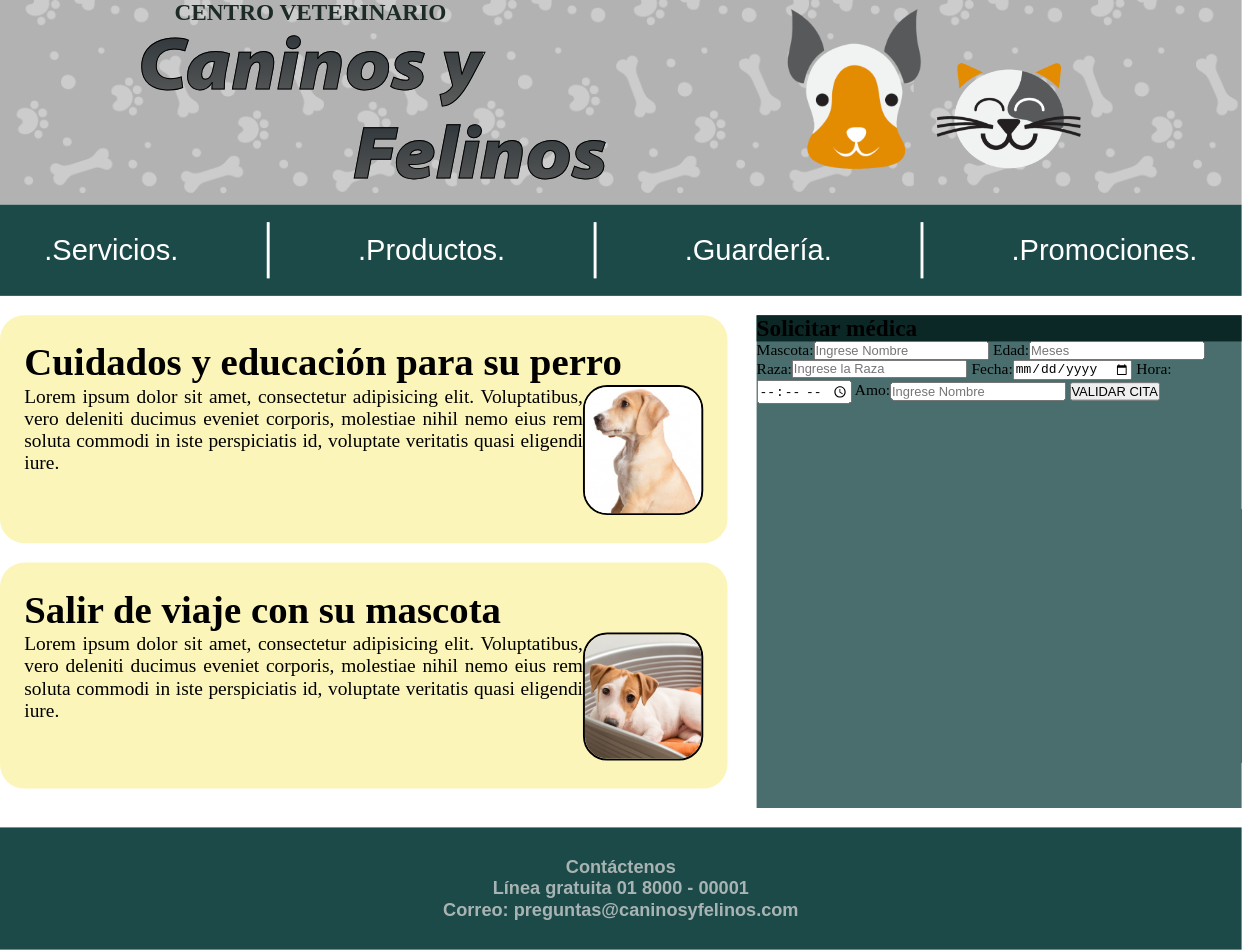
Repository: mariomr87/senaweb01
Page: principal.html
The author's editor kept a copy of each file at every save. The page is drawn from the files as they stood at one save, then again after the next save.
The browser window is 1280 px wide. The pictures show the whole page, at 97% of full size.

Above is the page before, as saved 2021-10-23 10:37:28.

### principal.html
<!DOCTYPE html>
<html lang="en">
<head>
    <meta charset="UTF-8">
    <meta http-equiv="X-UA-Compatible" content="IE=edge">
    <meta name="viewport" content="width=device-width, initial-scale=1.0">
    <link rel="stylesheet" href="estilos.css">
    <title>Document</title>
</head>
<body>
    <div>
        <header>
            <div id="cabecera">
                <div class="header-text">
                    <h3>CENTRO VETERINARIO</h3>
                    <h1><span id="header-text-degrad">Caninos y <br><span id="text-felinos">Felinos</span></spa></h1>
                </div>
                <div class="header-img">
                    <img src="./imagenes/dog_white.png" alt="">
                    <img src="./imagenes/cat_white.png" alt="">
                </div>
            </div>
        </header>
        <nav>
            <td>
                <tr><a href="">.Servicios.</a><span class="linea"></span></tr>
                <tr><a href="">.Productos.</a><span class="linea"></span></tr>
                <tr><a href="">.Guardería.</a><span class="linea"></span></tr>
                <tr><a href="">.Promociones.</a></tr>
            </td>
        </nav>
        <div class="centro-pag">
            <section>
                <article>
                    <h2>Cuidados y educación para su perro</h2>
                    <div class="centropag-texto">
                        <p>Lorem ipsum dolor sit amet, consectetur adipisicing elit. Voluptatibus, vero deleniti ducimus eveniet corporis, molestiae nihil nemo eius rem soluta commodi in iste perspiciatis id, voluptate veritatis quasi eligendi iure.</p>
                        <div><img src="./imagenes/perro1.png" alt=""></div>
                    </div>
                </article>
                <article>
                    <h2>Salir de viaje con su mascota</h2>
                    <div class="centropag-texto">
                        <p>Lorem ipsum dolor sit amet, consectetur adipisicing elit. Voluptatibus, vero deleniti ducimus eveniet corporis, molestiae nihil nemo eius rem soluta commodi in iste perspiciatis id, voluptate veritatis quasi eligendi iure.</p>
                        <div><img src="./imagenes/perro2.png" alt=""></div>
                    </div>
                </article>
            </section>
            <aside>
                <form action="">
                    <div><h2>Solicitar médica</h2></div>
                    <div class="cuestionario">
                        <label for="mascota_name">Mascota:</label><input type="text" placeholder="Ingrese Nombre" id="">
                        <label for="age_pet">Edad:</label><input type="number" name="" id="" placeholder="Meses">
                        <label for="raza_pet">Raza:</label><input type="text" name="" id="" placeholder="Ingrese la Raza">
                        <label for="fecha_ingreso_pet">Fecha:</label><input type="date" name="" id="">
                        <label for="hora_ingreso_pet">Hora:</label><input type="time" name="" id="">
                        <label for="amo_pet">Amo:</label><input type="text" name="" id="" placeholder="Ingrese Nombre">
                        <button type="submit">VALIDAR CITA</button>
                    </div>
                </form>
            </aside>
        </div>
        <footer>
            <h3>Contáctenos</h3>
            <h3>Línea gratuita 01 8000 - 00001</h3>
            <h3>Correo: preguntas@caninosyfelinos.com</h3>
        </footer>
    </div>
</body>
</html>

### estilos.css
*{
    margin: 0px;
    padding: 0px;
}

@font-face {
    font-family: Myriad_Pro ;
    src: url(./extra/MyriadProBlackSemiExtendedItalic.otf);
}

h1{
    font-family: Myriad_pro;
}

header div img{
    width: 10em;
}

#cabecera{
    background-image: url("./imagenes/fondo.png");
    background-repeat: initial;
    width: 100%;
    display: flex;
    text-align: center;
}

.header-text,.header-img{
    width:50%;
}

.header-text h3{
    font-size: 1.5em;
    color:#1c2c24;
}

.header-text h1{
    font-size: 4.8em;
}

#header-text-degrad{
    background: linear-gradient(#30373b,#5c5c5c);
    -webkit-background-clip: text;
    -webkit-text-fill-color: transparent;
    -webkit-text-stroke: 1px black;
}

#text-felinos{
    margin-left: 350px;
}

nav{
    display: flex;
    flex-direction: row;
    justify-content: space-around;
    background: #1c4a48;
    margin-bottom: 20px;
}

nav a{
    color: #fff;
    text-decoration: none;
    font-size: 30px;
    font-family: Arial, Helvetica, sans-serif;
    padding: 30px 0;

}

.linea{
    border-right: 3px solid #fff;
    margin: 18px 0;
}

.centro-pag{
    display: flex;
}

.centropag-texto{
    display: flex;
}

section{
    width: 60%;
    margin-right: 30px;
}

article{
    background: #fbf5ba;
    margin-bottom: 20px;
    padding: 25px;
    border-radius: 25px;
}

article h2{
    font-size: 40px;
}

article p{
    font-size: 20px;
    text-align: justify;
}

article div img {
    width: 120px;
    border: 2px solid black;
    border-radius: 25px;
}

form  div h2{
    background:#0b2826 ;
}

aside{
    background: #496e6d;
    width: 40%;
}

footer{
    text-align: center;
    background: #1c4a48;
    color: #a8b4b3;
    padding: 30px 0;
    font-family: Arial, Helvetica, sans-serif;
    margin-top: 20px;
}

After the next save:
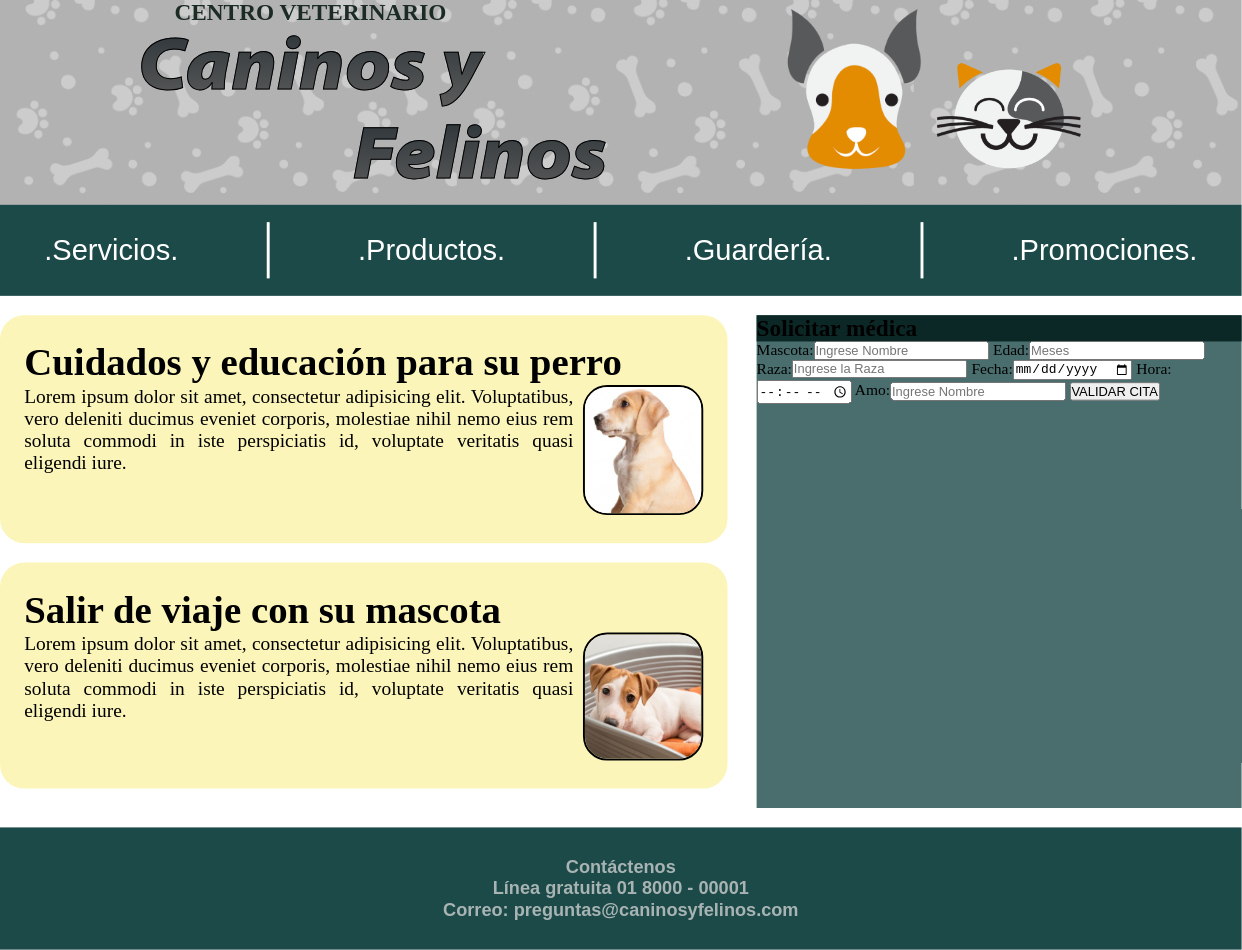
Saved 16 s later.
--- a/estilos.css
+++ b/estilos.css
@@ -97,6 +97,7 @@ article h2{
 article p{
     font-size: 20px;
     text-align: justify;
+    padding-right: 10px;
 }
 
 article div img {
